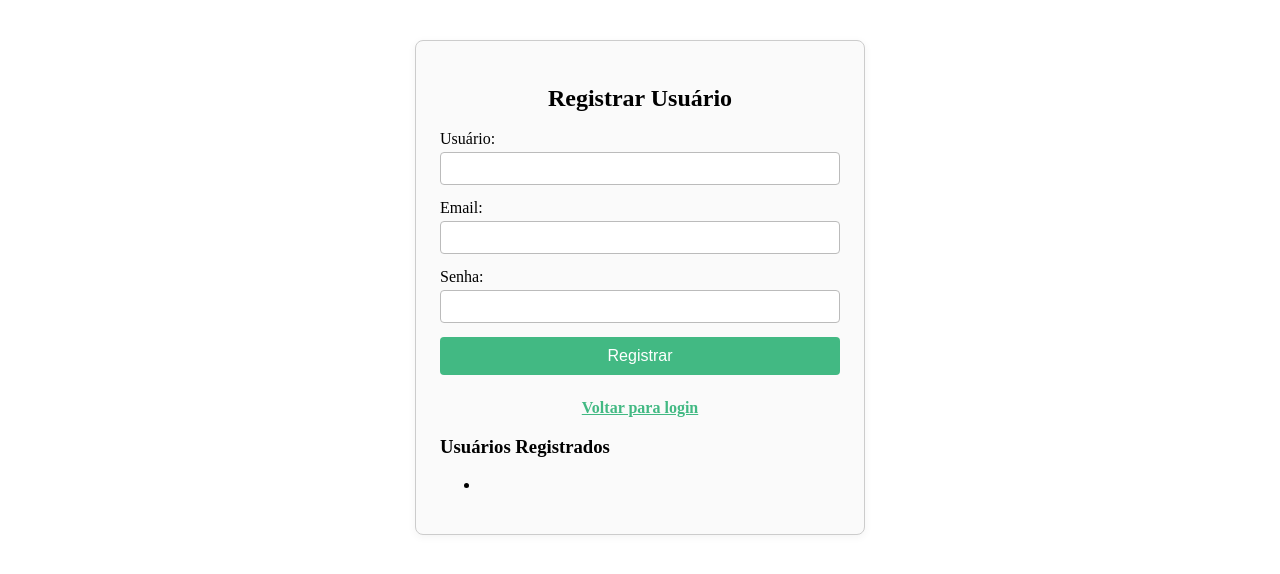
Repository: MuriloColleti/Project-vue
Page: /register
These files come from the project's save history. The page is drawn as it stood at one moment and after the next save; the edit follows.
The browser window is 1280 px wide. The pictures show the whole page.
The project was rebuilt for these pictures with package versions that can differ from the ones it lists, and the page was loaded fresh each time. Also part of the build but not shown: vite.config.js, src/pages/Login.vue.

Above is the page before, as saved 2025-09-20 17:06:03.

### index.html
<!DOCTYPE html>
<html lang="">
  <head>
    <meta charset="UTF-8">
    <link rel="icon" href="/favicon.ico">
    <meta name="viewport" content="width=device-width, initial-scale=1.0">
    <title>Vite App</title>
  </head>
  <body>
    <div id="app">z</div>
    <script type="module" src="/src/main.js"></script>
  </body>
</html>

### src/App.vue
<template>
  <router-view />
</template>

<script setup>
// Layout principal apenas exibe o conteúdo das rotas
</script>

<style scoped>
body {
  background: #f5f5f5;
}
</style>

### src/router/index.js
import { createRouter, createWebHistory } from 'vue-router'

import Login from '../pages/Login.vue'
import Register from '../pages/Register.vue'

const router = createRouter({
  history: createWebHistory(import.meta.env.BASE_URL),
  routes: [
    {
      path: '/login',
      name: 'LoginPage',
      component: Login,
    },
    {
      path: '/register',
      name: 'RegisterPage',
      component: Register,
    },
    {
      path: '/',
      redirect: '/login',
    },
  ],
})

export default router

### src/pages/Register.vue
<template>
  <div class="register-container">
    <h2>Registrar Usuário</h2>
    <form @submit.prevent="handleRegister">
      <div>
        <label for="newUsername">Usuário:</label>
        <input type="text" id="newUsername" v-model="newUsername" required />
      </div>
      <div>
        <label for="newEmail">Email:</label>
        <input type="email" id="newEmail" v-model="newEmail" required />
      </div>
      <div>
        <label for="newPassword">Senha:</label>
        <input type="password" id="newPassword" v-model="newPassword" required />
      </div>
      <button type="submit">Registrar</button>
    </form>
    <p v-if="registerError" class="error">{{ registerError }}</p>
    <p v-if="registerSuccess" class="success">{{ registerSuccess }}</p>
    <router-link to="/login" class="login-link">Voltar para login</router-link>
    <h3>Usuários Registrados</h3>
    <ul>
      <li v-for="user in users" :key="user.id">

      </li>
    </ul>
  </div>
</template>

<script setup>
import { ref, onMounted } from 'vue'
import { useRouter } from 'vue-router'

const users = ref([])
let nextId = ref(1)

const newUsername = ref('')
const newEmail = ref('')
const newPassword = ref('')
const registerError = ref('')
const registerSuccess = ref('')
const router = useRouter()

function loadUsers() {
  const saved = localStorage.getItem('users')
  if (saved) {
    users.value = JSON.parse(saved)
    nextId.value = users.value.length > 0 ? Math.max(...users.value.map((u) => u.id)) + 1 : 1
  } else {
    users.value = [{ id: 1, username: 'admin', email: 'admin@email.com', password: '1234' }]
    nextId.value = 2
    localStorage.setItem('users', JSON.stringify(users.value))
  }
}

onMounted(loadUsers)

function handleRegister() {
  if (!newUsername.value || !newEmail.value || !newPassword.value) {
    registerError.value = 'Preencha todos os campos.'
    registerSuccess.value = ''
    return
  }
  if (users.value.some((u) => u.username === newUsername.value)) {
    registerError.value = 'Usuário já existe.'
    registerSuccess.value = ''
    return
  }
  users.value.push({
    id: nextId.value++,
    username: newUsername.value,
    email: newEmail.value,
    password: newPassword.value,
  })
  localStorage.setItem('users', JSON.stringify(users.value))
  registerSuccess.value = `Bem-vindo, ${newUsername.value}! Usuário registrado com sucesso.`
  registerError.value = ''
  setTimeout(() => {
    router.push('/login')
  }, 1500)
  newUsername.value = ''
  newEmail.value = ''
  newPassword.value = ''
}
</script>

<style scoped>
.register-container {
  max-width: 400px;
  margin: 40px auto;
  padding: 24px;
  border: 1px solid #ccc;
  border-radius: 8px;
  background: #fafafa;
  box-shadow: 0 2px 8px rgba(0, 0, 0, 0.05);
}
.register-container h2 {
  text-align: center;
  margin-bottom: 18px;
}
.register-container form > div {
  margin-bottom: 14px;
}
.register-container label {
  display: block;
  margin-bottom: 4px;
  font-weight: 500;
}
.register-container input {
  width: 100%;
  padding: 8px;
  border: 1px solid #bbb;
  border-radius: 4px;
  box-sizing: border-box;
}
.register-container button {
  width: 100%;
  padding: 10px;
  background: #42b983;
  color: #fff;
  border: none;
  border-radius: 4px;
  font-size: 16px;
  cursor: pointer;
  transition: background 0.2s;
}
.register-container button:hover {
  background: #369870;
}
.error {
  color: red;
  margin-top: 10px;
  text-align: center;
}
.success {
  color: green;
  margin-top: 10px;
  text-align: center;
}
.login-link {
  display: block;
  margin: 24px auto 0 auto;
  text-align: center;
  color: #42b983;
  font-weight: bold;
  text-decoration: underline;
  cursor: pointer;
}
</style>

Loaded but not shown: src/main.js (common file)

After the next save:
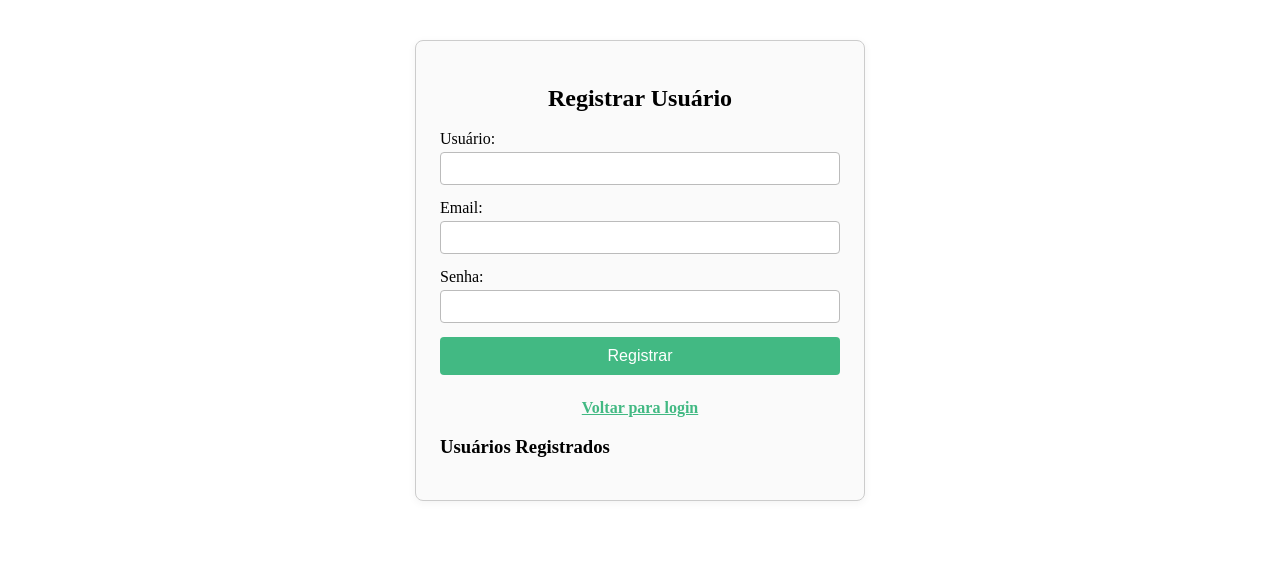
Saved 11 s later.
--- a/src/pages/Register.vue
+++ b/src/pages/Register.vue
@@ -20,11 +20,7 @@
     <p v-if="registerSuccess" class="success">{{ registerSuccess }}</p>
     <router-link to="/login" class="login-link">Voltar para login</router-link>
     <h3>Usuários Registrados</h3>
-    <ul>
-      <li v-for="user in users" :key="user.id">
-
-      </li>
-    </ul>
+    <ul></ul>
   </div>
 </template>
 
